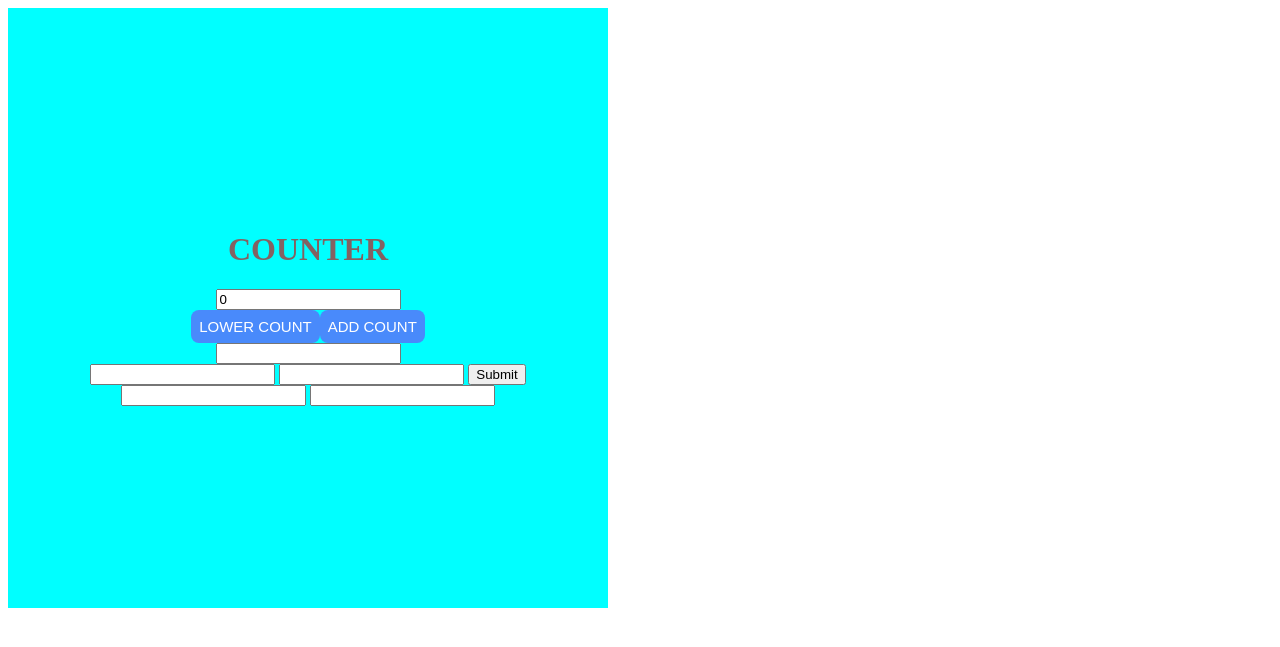
Repository: sedashahnazaryan/Caunter
Page: index.html
These files come from the project's save history. The page is drawn as it stood at one moment and after a run of saves; the edit follows.
The browser window is 1280 px wide. The pictures show the whole page.

Above is the page before, as saved 2022-02-15 00:03:47.

### index.html
<!DOCTYPE html>
<html lang="en">
<head>
    <meta charset="UTF-8">
    <meta http-equiv="X-UA-Compatible" content="IE=edge">
    <meta name="viewport" content="width=device-width, initial-scale=1.0">
    <title>Caunter</title>
    <link rel="stylesheet" href="./index.css">
</head>

<body>
    <div class="container">

        <h1 class="counter">COUNTER</h1>
    <input class="item1"id="input" type="text" value="0">
    <div class="btn-item">
        <button id="lower" onclick="">LOWER COUNT </button>
        <button id ="add">ADD COUNT</button>
    </div>

    <input id ="result" type="text">
    <div class="add-item">
        <input id="num1" type="text">
        <input id="num2" type="text">
        <button id="submit">Submit</button>
    </div>

    <div class="item1">
<input id ="start" type="text">
<input id ="stop" type="text">
    </div>
    </div>

   <script src="./index.js"></script>
</body>
</html>

### index.css




.container{
  display: flex;
  height: 600px;
  width: 600px;
  justify-content: center;
  align-items: center;
  background-color: aqua;
  flex-direction: column;
}

.counter{
color: rgba(151, 75, 75, 0.87);

}



.btn-item{
    display: flex;
    justify-content: center;
}
#add,#lower {
    background-color: #498AFB;
    color: white;
    padding: 8px;
    border-radius: 8px;
    border: none;
    font-size: 15px;

    cursor: pointer;

}
/* #lower {
    background-color: #498AFB;
    color: white;
    padding: 8px;
    border-radius: 8px;
    border: none;
    font-size: 15px;
    cursor: pointer; */

### index.js
let counterDisplayElem = document.getElementById('input');
let counterMinusElem = document.getElementById('lower');
let counterPlusElem = document.getElementById('add');
let result=document.getElementById('result');
let num1 =document.getElementById('num1');
let num2 =document.getElementById('num2');
let submit=document.getElementById('submit');



counterPlusElem.addEventListener("click",()=>{
    counterDisplayElem.value++;
}) ;

counterMinusElem.addEventListener("click",()=>{
    counterDisplayElem.value--;
});

function curry(a){
    return function(b){
       return a+b;
    }

};
submit.addEventListener('click',()=>{
result.value=curry(+num1.value)(+num2.value);

});

After the next 3 saves:
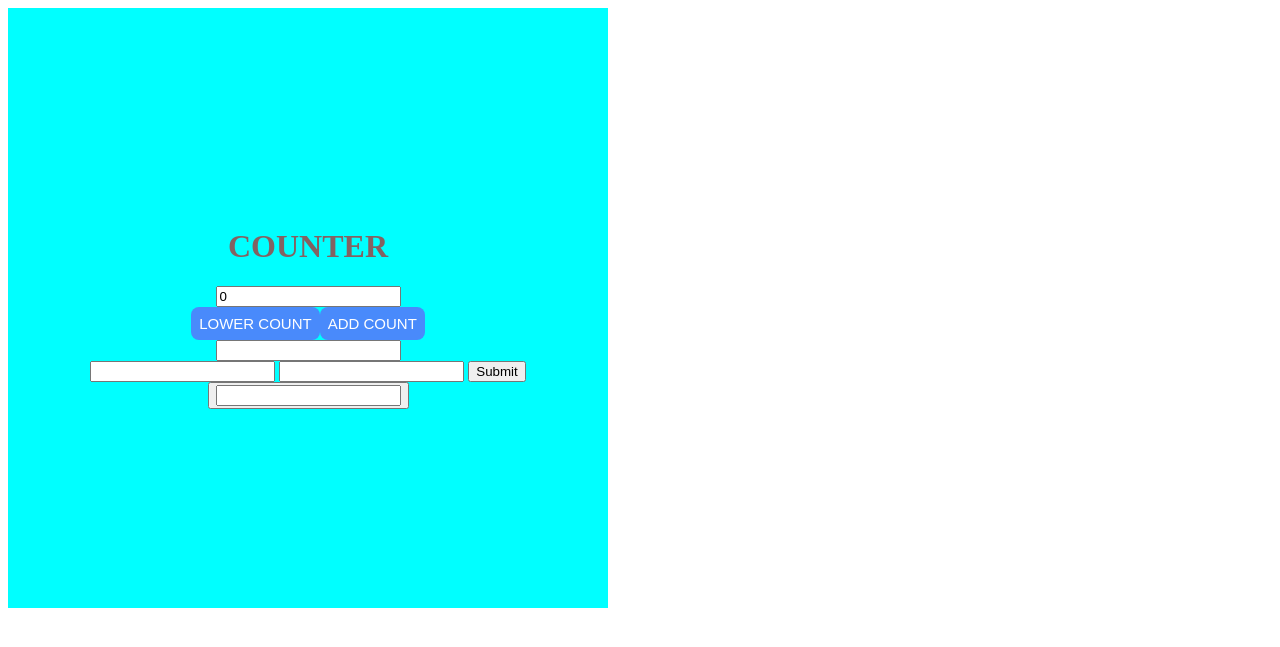
The 3 saves are shown as one change because they came seconds apart.
The last was saved 20 s later.
--- a/index.html
+++ b/index.html
@@ -26,7 +26,7 @@
     </div>
 
     <div class="item1">
-<input id ="start" type="text">
+<button id ="start" type="text">
 <input id ="stop" type="text">
     </div>
     </div>
